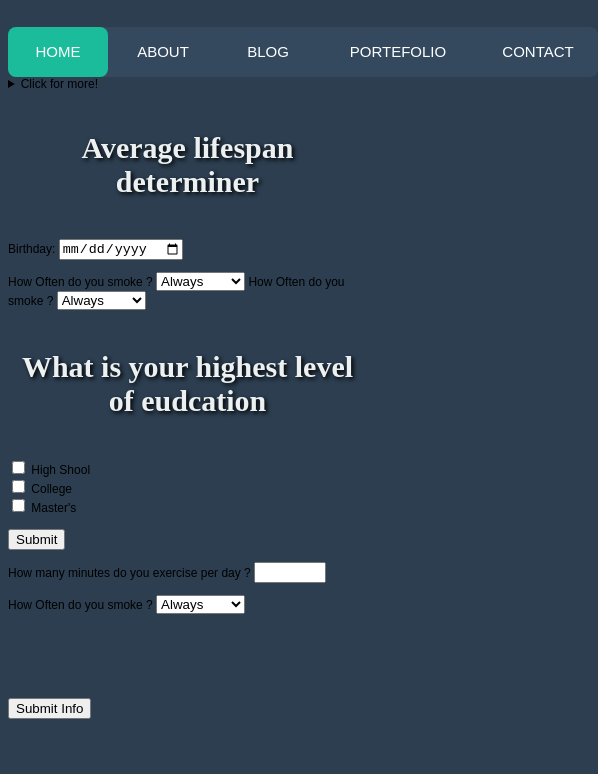
Repository: navid-amini12/capstone-1
Page: wordgame.html
These files come from the project's save history. The page is drawn as it stood at one moment and after the next save; the edit follows.
The browser window is 375 px wide. The page is 598 px wide, so the pictures cover 598 px, including what lies to the right of the window. The pictures show the whole page.

Above is the page before, as saved 2022-05-30 19:11:12.

### wordgame.html


  <!-- <link rel="stylesheet" type="text/css" href="Life.css"> -->
  <link rel="stylesheet" type="text/css" href="wrodgame2.css">


  <nav>
    <a href="#">Home</a>
    <a href="#">About</a>
    <a href="#">Blog</a>
    <a href="#">Portefolio</a>
    <a href="#">Contact</a>
    <div class="animation start-home"></div>
  </nav>




 <div class = "container">

   <div class = "element">
    <details class="dropdown">
      <summary role="button">
        <a class="button">Click for more!</a>
      </summary>
      <ul>
        <li><a href="#">I'm a dropdown.</a></li>
        <li><a href="#">In Pure CSS</a></li>
        <li><a href="#">As in...</a></li>
        <li><a href="#">No JavaScript.</a></li>
        <li><a href="#">At All.</a></li>
    </ul>
  </details>

    <h1>Average lifespan determiner</h1>


    <form action="/action_page.php">
      <label for="birthday">Birthday:</label>
      <input type="date" id="birthday" name="birthday">

    </form>

  <label for="cars">How Often do you smoke ?</label>

  <select id="questions">
  <option value="volvo">Always</option>
  <option value="saab">Often</option>
  <option value="opel">Sometimes</option>
  <option value="audi">Rarely</option>
  <option value="audi">Never</option>
  </select>

  <label for="cars">How Often do you smoke ?</label>

  <select id="questions">
  <option value="volvo">Always</option>
  <option value="saab">Often</option>
  <option value="opel">Sometimes</option>
  <option value="audi">Rarely</option>
  <option value="audi">Never</option>
  </select>

  <h1>What is your highest level of eudcation</h1>

  <form action="/action_page.php">
  <input type="checkbox" id="vehicle1" name="vehicle1" value="Bike">
  <label for="vehicle1"> High Shool</label><br>
  <input type="checkbox" id="vehicle2" name="vehicle2" value="Car">
  <label for="vehicle2"> College</label><br>
  <input type="checkbox" id="vehicle3" name="vehicle3" value="Boat">
  <label for="vehicle3"> Master's</label><br><br>
  <input type="submit" value="Submit">
  </form>

  <form>
    <label for="quantity">How many minutes do you exercise per day ? </label>
    <input type="number" id="quantity" name="quantity" min="0" max="1000">
  </form>




  <label for="cars">How Often do you smoke ?</label>

  <select id="myquestions">
  <option value="always">Always</option>
  <option value="often">Often</option>
  <option value="sometimes">Sometimes</option>
  <option value="rarely">Rarely</option>
  <option value="never">Never</option>
  </select>
  <br>
  <br>
  <br>
  <br>


  <br>
  <br>
  <br>
  <!-- <button id = "submitInfo">Submit The Info</button></div> -->





  <input id = "submitInfo" type="button" value = "Submit Info" onclick="alert('Submitting INfo');" />
  </div>

  <!-- <input id = "submitInfo" type="button" value = "Submit Info" onclick="alert('Submitting INfo');" /> -->


















  <body class="container">
    <ul id="people" class=""></ul>


    <script src="https://unpkg.com/axios/dist/axios.min.js"></script>
    <script>

      document.getElementById("submitInfo").onclick = function () {
        axios
          .get("http://localhost:4000/api/users")
          .then(function (response) {
            var e = document.getElementById("myquestions");
            var strUser = e.options[e.selectedIndex].text;

            var birthday = document.getElementById("birthday").value


     if (strUser == "Never") {


       alert( document.getElementById("people").innerHTML = response.data[0] + birthday)

    }
          })


          .catch(function (err) {
            document.getElementById("people").innerHTML =
              '<li class="text-danger">' + err.message + "</li>";
          });
      };
    </script>
    <script>var ALERT_TITLE = "Oops!";
      var ALERT_BUTTON_TEXT = "Ok";

      if(document.getElementById) {
        window.alert = function(txt) {
          createCustomAlert(txt);
        }
      }

      function createCustomAlert(txt) {
        d = document;

        if(d.getElementById("modalContainer")) return;

        mObj = d.getElementsByTagName("body")[0].appendChild(d.createElement("div"));
        mObj.id = "modalContainer";
        mObj.style.height = d.documentElement.scrollHeight + "px";

        alertObj = mObj.appendChild(d.createElement("div"));
        alertObj.id = "alertBox";
        if(d.all && !window.opera) alertObj.style.top = document.documentElement.scrollTop + "px";
        alertObj.style.left = (d.documentElement.scrollWidth - alertObj.offsetWidth)/2 + "px";
        alertObj.style.visiblity="visible";

        h1 = alertObj.appendChild(d.createElement("h1"));
        h1.appendChild(d.createTextNode(ALERT_TITLE));

        msg = alertObj.appendChild(d.createElement("p"));
        //msg.appendChild(d.createTextNode(txt));
        msg.innerHTML = txt;

        btn = alertObj.appendChild(d.createElement("a"));
        btn.id = "closeBtn";
        btn.appendChild(d.createTextNode(ALERT_BUTTON_TEXT));
        btn.href = "#";
        btn.focus();
        btn.onclick = function() { removeCustomAlert();return false; }

        alertObj.style.display = "block";

      }

      function removeCustomAlert() {
        document.getElementsByTagName("body")[0].removeChild(document.getElementById("modalContainer"));
      }
      function ful(){
      alert('Alert this pages');
      }</script>
  </body>
</html>

### wrodgame2.css






























nav {
    margin: 27px auto 0;

    position: relative;
    width: 590px;
    height: 50px;
    background-color: #34495e;
    border-radius: 8px;
    font-size: 0;
  }
  nav a {
    line-height: 50px;
    height: 100%;
    font-size: 15px;
    display: inline-block;
    position: relative;
    z-index: 1;
    text-decoration: none;
    text-transform: uppercase;
    text-align: center;
    color: white;
    cursor: pointer;
  }
  nav .animation {
    position: absolute;
    height: 100%;
    top: 0;
    z-index: 0;
    transition: all .5s ease 0s;
    border-radius: 8px;
  }
  a:nth-child(1) {
    width: 100px;
  }
  a:nth-child(2) {
    width: 110px;
  }
  a:nth-child(3) {
    width: 100px;
  }
  a:nth-child(4) {
    width: 160px;
  }
  a:nth-child(5) {
    width: 120px;
  }
  nav .start-home, a:nth-child(1):hover~.animation {
    width: 100px;
    left: 0;
    background-color: #1abc9c;
  }
  nav .start-about, a:nth-child(2):hover~.animation {
    width: 110px;
    left: 100px;
    background-color: #e74c3c;
  }
  nav .start-blog, a:nth-child(3):hover~.animation {
    width: 100px;
    left: 210px;
    background-color: #3498db;
  }
  nav .start-portefolio, a:nth-child(4):hover~.animation {
    width: 160px;
    left: 310px;
    background-color: #9b59b6;
  }
  nav .start-contact, a:nth-child(5):hover~.animation {
    width: 120px;
    left: 470px;
    background-color: #e67e22;
  }

  body {
    font-size: 12px;
    font-family: sans-serif;
    background: #2c3e50;
  }
  h1 {
    text-align: center;
    margin: 40px 0 40px;
    text-align: center;
    font-size: 30px;
    color: #ecf0f1;
    text-shadow: 2px 2px 4px #000000;
    font-family: 'Cherry Swash', cursive;
  }

  p {
      position: absolute;
      bottom: 20px;
      width: 100%;
      text-align: center;
      color: #ecf0f1;
      font-family: 'Cherry Swash',cursive;
      font-size: 16px;
  }

  span {
      color: #2BD6B4;
  }










.dropdowndiv {
    margin: auto;
  width: 50%;
  border: 3px solid green;
  padding: 10px;
}

After the next save:
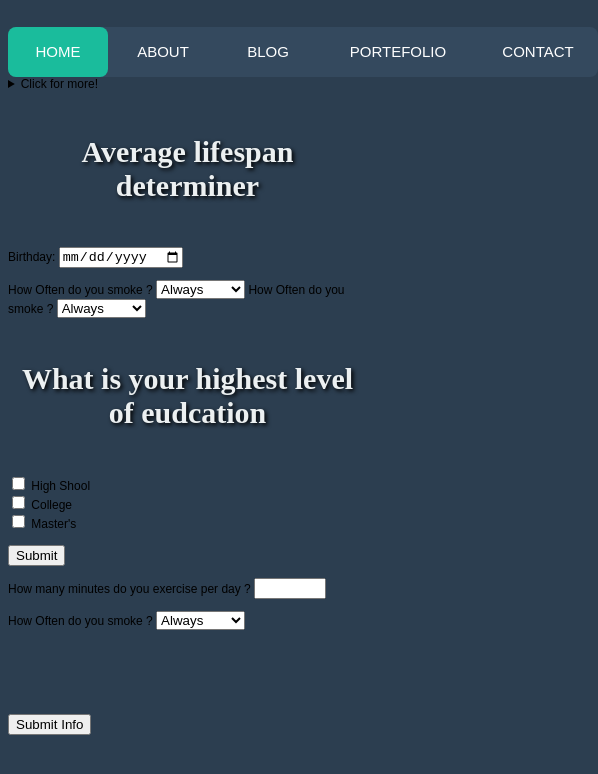
Saved 2 min 3 s later.
--- a/wrodgame2.css
+++ b/wrodgame2.css
@@ -15,18 +15,119 @@
 
 
 
-
-
-
-
-
-
-
-
-
-
-
-
+#modalContainer {
+    background-color:rgba(0, 0, 0, 0.3);
+    position:absolute;
+    top:0;
+    width:100%;
+    height:100%;
+    left:0px;
+    z-index:10000;
+    background-image:url(tp.png); /* required by MSIE to prevent actions on lower z-index elements */
+  }
+
+  #alertBox {
+    position:relative;
+    width:33%;
+    min-height:100px;
+    max-height:400px;
+    margin-top:50px;
+    border:1px solid #fff;
+    background-color:#fff;
+    background-repeat:no-repeat;
+    top:30%;
+  }
+
+  #modalContainer > #alertBox {
+    position:fixed;
+  }
+
+  #alertBox h1 {
+    margin:0;
+    font:bold 1em Raleway,arial;
+    background-color:#f97352;
+    color:#FFF;
+    border-bottom:1px solid #f97352;
+    padding:10px 0 10px 5px;
+  }
+
+  #alertBox p {
+    height:50px;
+    padding-left:5px;
+    padding-top:30px;
+    text-align:center;
+    vertical-align:middle;
+  }
+
+  #alertBox #closeBtn {
+    display:block;
+    position:relative;
+    margin:10px auto 10px auto;
+    padding:7px;
+    border:0 none;
+    width:70px;
+    text-transform:uppercase;
+    text-align:center;
+    color:#FFF;
+    background-color:#f97352;
+    border-radius: 0px;
+    text-decoration:none;
+    outline:0!important;
+  }
+
+  /* unrelated styles */
+
+  #mContainer {
+    position:relative;
+    width:600px;
+    margin:auto;
+    padding:5px;
+    border-top:2px solid #fff;
+    border-bottom:2px solid #fff;
+  }
+
+  h1,h2 {
+    margin:0;
+    padding:4px;
+  }
+
+  code {
+    font-size:1.2em;
+    color:#069;
+  }
+
+  #credits {
+    position:relative;
+    margin:25px auto 0px auto;
+    width:350px;
+    font:0.7em verdana;
+    border-top:1px solid #000;
+    border-bottom:1px solid #000;
+    height:90px;
+    padding-top:4px;
+  }
+
+  #credits img {
+    float:left;
+    margin:5px 10px 5px 0px;
+    border:1px solid #000000;
+    width:80px;
+    height:79px;
+  }
+
+  .important {
+    background-color:#F5FCC8;
+    padding:2px;
+
+  }
+
+  @media (max-width: 600px)
+  {
+    #alertBox {
+    position:relative;
+    width:90%;
+    top:30%;
+  }
 
 nav {
     margin: 27px auto 0;

After the save that followed:
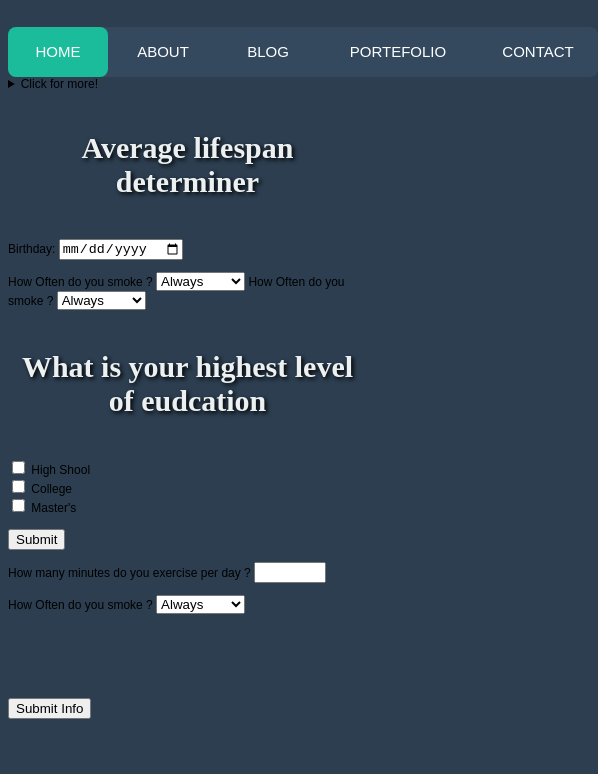
Saved 18 s later.
--- a/wrodgame2.css
+++ b/wrodgame2.css
@@ -15,119 +15,7 @@
 
 
 
-#modalContainer {
-    background-color:rgba(0, 0, 0, 0.3);
-    position:absolute;
-    top:0;
-    width:100%;
-    height:100%;
-    left:0px;
-    z-index:10000;
-    background-image:url(tp.png); /* required by MSIE to prevent actions on lower z-index elements */
-  }
 
-  #alertBox {
-    position:relative;
-    width:33%;
-    min-height:100px;
-    max-height:400px;
-    margin-top:50px;
-    border:1px solid #fff;
-    background-color:#fff;
-    background-repeat:no-repeat;
-    top:30%;
-  }
-
-  #modalContainer > #alertBox {
-    position:fixed;
-  }
-
-  #alertBox h1 {
-    margin:0;
-    font:bold 1em Raleway,arial;
-    background-color:#f97352;
-    color:#FFF;
-    border-bottom:1px solid #f97352;
-    padding:10px 0 10px 5px;
-  }
-
-  #alertBox p {
-    height:50px;
-    padding-left:5px;
-    padding-top:30px;
-    text-align:center;
-    vertical-align:middle;
-  }
-
-  #alertBox #closeBtn {
-    display:block;
-    position:relative;
-    margin:10px auto 10px auto;
-    padding:7px;
-    border:0 none;
-    width:70px;
-    text-transform:uppercase;
-    text-align:center;
-    color:#FFF;
-    background-color:#f97352;
-    border-radius: 0px;
-    text-decoration:none;
-    outline:0!important;
-  }
-
-  /* unrelated styles */
-
-  #mContainer {
-    position:relative;
-    width:600px;
-    margin:auto;
-    padding:5px;
-    border-top:2px solid #fff;
-    border-bottom:2px solid #fff;
-  }
-
-  h1,h2 {
-    margin:0;
-    padding:4px;
-  }
-
-  code {
-    font-size:1.2em;
-    color:#069;
-  }
-
-  #credits {
-    position:relative;
-    margin:25px auto 0px auto;
-    width:350px;
-    font:0.7em verdana;
-    border-top:1px solid #000;
-    border-bottom:1px solid #000;
-    height:90px;
-    padding-top:4px;
-  }
-
-  #credits img {
-    float:left;
-    margin:5px 10px 5px 0px;
-    border:1px solid #000000;
-    width:80px;
-    height:79px;
-  }
-
-  .important {
-    background-color:#F5FCC8;
-    padding:2px;
-
-  }
-
-  @media (max-width: 600px)
-  {
-    #alertBox {
-    position:relative;
-    width:90%;
-    top:30%;
-  }
 
 nav {
     margin: 27px auto 0;
